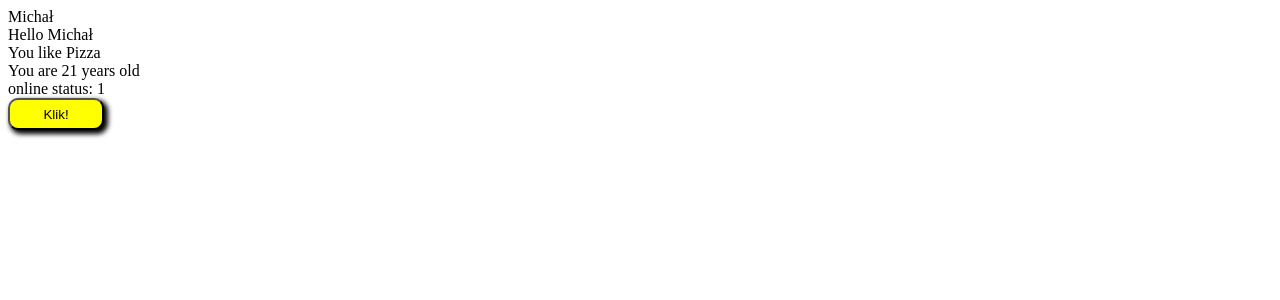
Repository: Nowacki97PL/PHPyt
Page: http://localhost/
These files come from the project's save history. The page is drawn as it stood at one moment and after the next save; the edit follows.
The browser window is 1280 px wide. The pictures show the whole page.
The page is run by PHP 8.4 with error messages shown; the project is at /var/www/html/.

Above is the page before, as saved 2024-10-06 21:26:16.

### index.php
<?php
$name = "Michał";
$food = " Pizza";
$age = 21;
$employed = true;
$online = true;

echo $name;

echo "<br>Hello {$name}";
echo "<br>You like {$food}";
echo "<br>You are $age years old";

echo "<br>online status: $online";
?>

<!DOCTYPE html>
<html lang="pl">

<head>
    <meta charset="UTF-8">
    <meta name="viewport" content="width=device-width, initial-scale=1.0">
    <title>PHP Practice</title>
    <link rel="stylesheet" href="index.css"
        </head>

<body>
    <br>
    <button class="btn">Klik!</button>
</body>

</html>

### index.css
.btn {
    font-family: Arial, Helvetica, sans-serif;
    border-radius: 10px;
    background-color: yellow;
    box-shadow: 3px 3px 5px 1px;
    height: 2rem;
    width: 6rem;
}

After the next save:
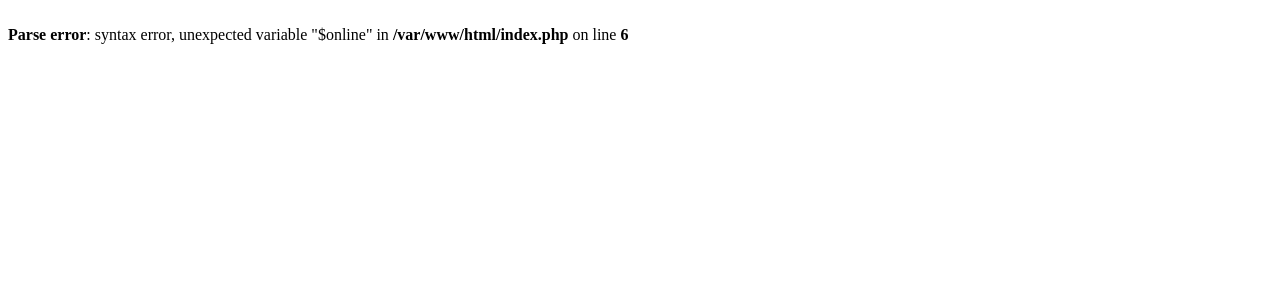
Saved 86 s later.
--- a/index.php
+++ b/index.php
@@ -2,7 +2,7 @@
 $name = "Michał";
 $food = " Pizza";
 $age = 21;
-$employed = true;
+$quantinty
 $online = true;
 
 echo $name;

After the 4 saves that followed:
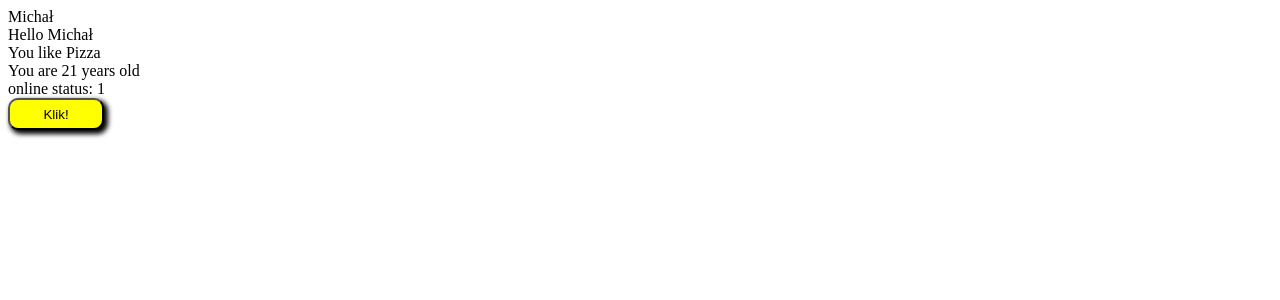
The 4 saves are shown as one change because they came seconds apart.
The last was saved 13 s later.
--- a/index.php
+++ b/index.php
@@ -2,7 +2,8 @@
 $name = "Michał";
 $food = " Pizza";
 $age = 21;
-$quantinty
+$quantity = 3;
+
 $online = true;
 
 echo $name;
